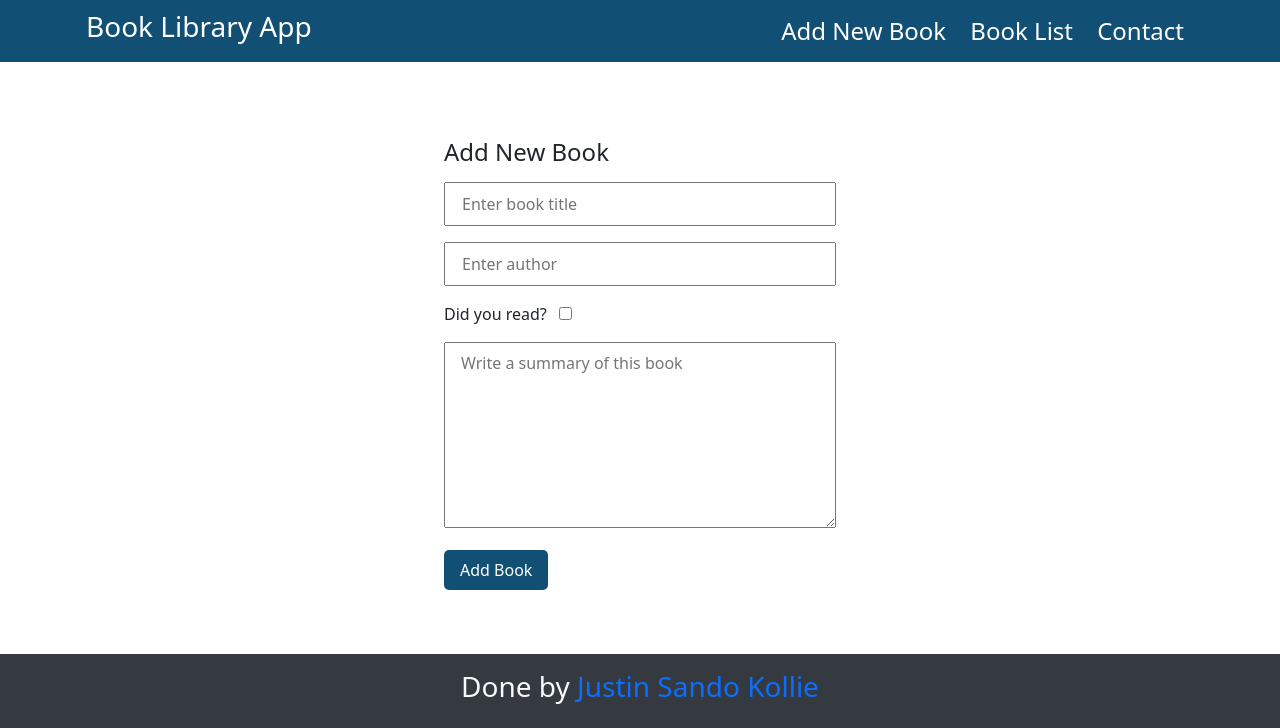
Repository: just-mann/booklibrary-app
Page: http://localhost/
The author's editor kept a copy of each file at every save. The page is drawn from the files as they stood at one save, then again after the next save.
The browser window is 1280 px wide. The pictures show the whole page.
The page is served by the project's Node server (app.js).

Above is the page before, as saved 2021-06-06 05:02:29.

### views/index.ejs
<!DOCTYPE html>
<html lang="en">
<%- include('./partials/Header') %>
<body>
    <%- include('./partials/Navbar') %>
      <div class="container py-2 home">
        <div class=" p-5 p-xs-1 p-sm-1 p-md-1 py-2 px-0 mt-5 homeDiv">
          <form action="/books" method="POST" class="px-0 py-3">
            <h4>Add New Book</h4>
              <div class="my-3">
                <input class="px-3 py-2 title w-100" type="text" name="title" id="title" placeholder="Enter book title" required>
              </div>
              <div class="my-3">
                <input class="px-3 py-2 author w-100" type="text" name="author" id="author" placeholder="Enter author" required>
              </div>
              <div class="my-3">
                <label for="isRead" class="mr-2">Did you read?</label>
                <input class="px-3 py-2 isRead" type="checkbox" name="isRead" id="isRead">
              </div>
              <div class="my-3">
                <textarea class="px-3 py-2 isRead w-100" name="summary" id="summary" cols="30" rows="7" placeholder="Write a summary of this book" required></textarea>
              </div>
              <div class="my-3">
                <input class="px-3 py-2 submitBtn" type="submit" value="Add Book">
              </div>
          </form>
        </div>
      </div>
    <%- include('./partials/Footer') %>
</body>
</html>

### views/partials/Header.ejs
<head>
    <meta charset="UTF-8">
    <meta name="viewport" content="width=device-width, initial-scale=1.0">
    <title><%= title %></title>
    <link rel="stylesheet" href="https://stackpath.bootstrapcdn.com/bootstrap/5.0.0-alpha1/css/bootstrap.min.css" integrity="sha384-r4NyP46KrjDleawBgD5tp8Y7UzmLA05oM1iAEQ17CSuDqnUK2+k9luXQOfXJCJ4I" crossorigin="anonymous">
    <script src="https://cdn.jsdelivr.net/npm/popper.js@1.16.0/dist/umd/popper.min.js" integrity="sha384-Q6E9RHvbIyZFJoft+2mJbHaEWldlvI9IOYy5n3zV9zzTtmI3UksdQRVvoxMfooAo" crossorigin="anonymous"></script>
    <link rel="stylesheet" href="https://unpkg.com/aos@next/dist/aos.css" />
    <link rel="stylesheet" href="https://unpkg.com/aos@next/dist/aos.css" />
    <script src="https://stackpath.bootstrapcdn.com/bootstrap/5.0.0-alpha1/js/bootstrap.min.js" integrity="sha384-oesi62hOLfzrys4LxRF63OJCXdXDipiYWBnvTl9Y9/TRlw5xlKIEHpNyvvDShgf/" crossorigin="anonymous"></script>
    <link rel="stylesheet" href="/style.css">
  </head>

### views/partials/Navbar.ejs
<nav class="container-fluid sticky-top">
    <div class="container">
        <a href="/" class="logo"><h3>Book Library App</h3></a>
        <div class="nav__links">
            <a href="/">Add New Book</a>
            <a href="/booklist">Book List</a>
            <a href="/contact">Contact</a>
        </div>
    </div>
</nav>

### views/partials/Footer.ejs
<footer class="bg-dark py-3 text-light text-center">
    <script src="https://ajax.googleapis.com/ajax/libs/jquery/3.5.1/jquery.min.js"></script>
    <script src="/script.js"></script>
    <div class="container">
        <h3>Done by <a href="https://www.github.com/just-mann">Justin Sando Kollie</a></h3>
    </div>
</footer>
<script src="https://unpkg.com/aos@next/dist/aos.js"></script>
<script>
  AOS.init();
</script>

### app.js
const express = require('express'); //import express package
const app = express(); //initialize the express app
const bodyParser = require('body-parser') //import body-parser to handle data from the form
const MongoClient = require('mongodb').MongoClient; //import the mongodbClient
const { ObjectId } = require('bson');
const dbName = 'myBookList';
const dbCollectionName = 'bookCollection';

const PORT = process.env.PORT || 5000;


// Configure the body-parser
app.use(bodyParser.urlencoded({ extended: true }));


// Make static files accessible
app.use(express.static('public'));


// Set View Engine
app.set('view engine', 'ejs');



// Connect to Database
const dbURI = 'mongodb+srv://bookUser:cUk4rECaXyAWsNz8@crud-tutorial.xd65d.mongodb.net/myBookList?retryWrites=true&w=majority';
MongoClient.connect(dbURI, { useUnifiedTopology: true })
    .then(client => {

        app.listen(PORT, () => {
            console.log(`App is now running on PORT ${PORT} and Database: ${dbName} is connected`)
        });

        const db = client.db(`${dbName}`);

        const myCollection = db.collection(`${dbCollectionName}`);

        app.post('/books', (req, res) => {
            myCollection.insertOne(req.body)
                .then(result => {
                    console.log('Item added to database...');
                })
                .catch(err => console.log(err));
            res.redirect('bookList');
        })

        app.get('/booklist', (req, res) => {
            myCollection.find().sort({_id: -1}).toArray()
                .then(result => {
                    res.render('bookList', { myList: result, title: "Book List" });
                })
                .catch(err => console.log(err));
        })


        app.get('/booklist/:id', (req, res) => {
            const id = req.params.id;
            myCollection.findOne({ _id: ObjectId(`${id}`)})
                .then(result => {
                    res.render('details', { singleBook: result, title: `Book Detail  -  ${result.title}` })
                })
                .catch(err => console.log(err));
        })


        app.delete('/booklist/:id', (req, res) => {
            const id = req.params.id;
            myCollection.deleteOne({_id: ObjectId(`${id}`)})
                .then(result => {
                    res.json({ redirect: '/booklist'})
                })
                .catch(err => console.log(err));
        })


        app.get('/', (req, res) => {
            res.render('index', { title: "Add New Book" });
        })


        app.get('/contact', (req, res) => {
            res.render('contact', { title: "Contact Me" });
        })

        app.use((req, res) => {
            res.status(404).render('404', { title: '404, Page Not Found'});
        })

    })
    .catch(err => console.log(err));

### public/style.css
* {
    padding: 0;
    margin: 0;
    box-sizing: border-box;
}
body {
    min-height: 100vh;
}

a {
    text-decoration: none;
}

nav {
    background-color: #114f74;
    padding: 10px 0px;
}

nav .container {
    display: flex;
    justify-content: space-between;
    align-items: center;
}

nav .container .logo h3 {
    color: #ffffff;
    font-weight: 350;
}

nav .container .nav__links {
    color: #ffffff;
}

nav .container .nav__links a {
    color: #ffffff;
    font-size: 1.5rem;
    padding: 10px 0px;
    margin: 0px 10px;
    font-weight: 300;
}

.nav__links a:hover {
    color: red;
}

.listDiv {
    display: flex;
    grid-template-columns: repeat(3, 1fr);
}

.list {
    max-width: 350px;
    min-height: 150px;
    margin: 0px 15px;
    background-color: #e2e2e2;
    border-left: 15px solid #41a1b9;
    opacity: 0.9;
    transition: opacity 0.6s;
}

.list:hover {
    opacity: 1;
}


/* Home Page */
.home {
    height: 82.3vh;
}

.home .homeDiv, .contact .contactDiv {
    /* background: yellow; */
    max-width: 400px;
    margin: 0 auto;
}



/* Book List Page */
.bookList {
    min-height: 81.3vh;
}






/* details page */
.details {
    height: 81.5vh;
}



.bookSummary {
    max-width: 500px;
    background: yellow;
}



/* Contact Page */
.contact {
    height: 82.5vh;
}

.submitBtn {
    background-color: #114f74;
    color: white;
    border: none;
    font-weight: 500;
    border-radius: 5px;
    opacity: 1;
    transition: opacity 0.6s;
}

.submitBtn:hover {
    opacity: 0.8;
}

Loaded but not shown: public/script.js (no stored copy; drawn as an empty file)

After the next save:
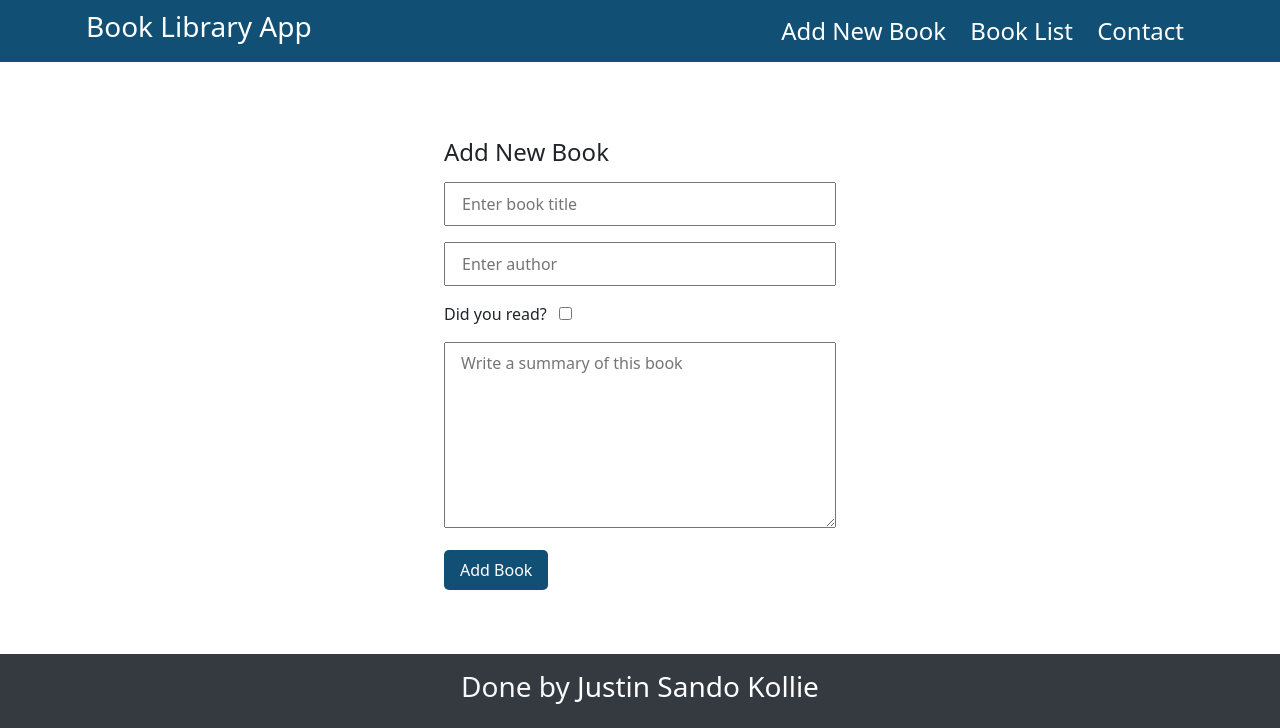
Saved 60 s later.
--- a/public/style.css
+++ b/public/style.css
@@ -118,3 +118,12 @@ nav .container .nav__links a {
 .submitBtn:hover {
     opacity: 0.8;
 }
+
+
+
+
+
+/* Footer */
+footer .container h3 a {
+    color: #ffffff;
+}
